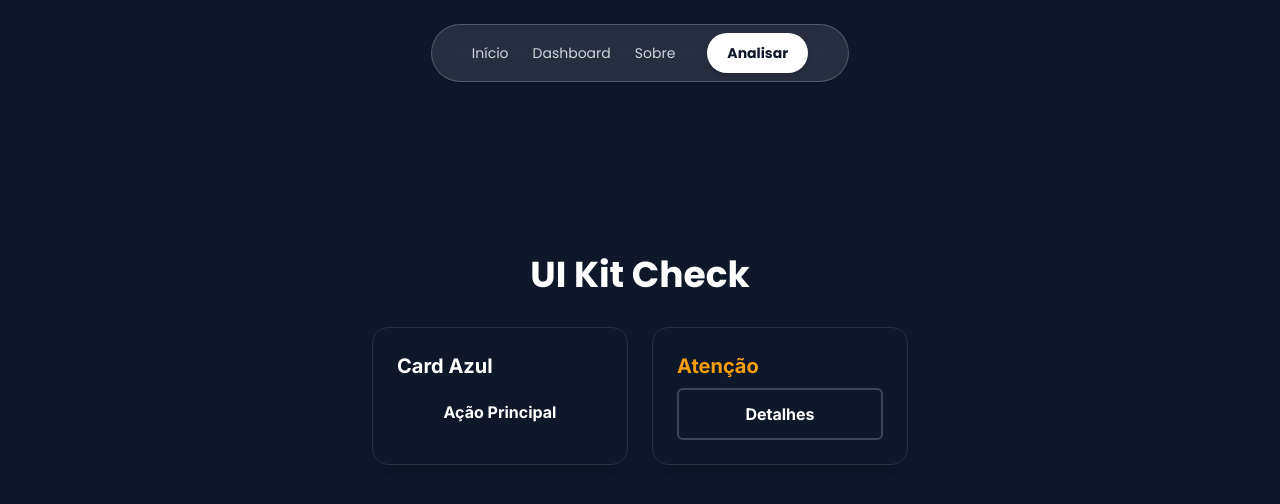
Repository: Hackaton-ONE/hackathon-Frontend
Page: /
These files come from the project's save history. The page is drawn as it stood at one moment and after the next save; the edit follows.
The browser window is 1280 px wide. The pictures show the whole page.
The project was rebuilt for these pictures with package versions that can differ from the ones it lists, and the page was loaded fresh each time. The framework's server and built-in components were replaced by stand-ins that run in the browser. Also part of the build but not shown: next.config.ts.

Above is the page before, as saved 2026-01-01 15:00:02.

### app/layout.tsx
import type { Metadata } from "next";
import { Inter, Poppins } from "next/font/google"; // 1. Importar Poppins
import "./globals.css";
import { Navbar } from "@/components/Navbar";

// 2. Configurar Inter
const inter = Inter({
  subsets: ["latin"],
  variable: "--font-inter",
});

// 3. Configurar Poppins (Pesos comuns: 400, 600, 700)
const poppins = Poppins({
  weight: ['400', '600', '700'],
  subsets: ["latin"],
  variable: "--font-poppins",
});

export const metadata: Metadata = {
  title: "MoodMatrix",
  description: "Análise de sentimentos com IA",
};

export default function RootLayout({
  children,
}: Readonly<{

  children: React.ReactNode;
}>) {
  return (
    <html lang="pt-br">
      {/* 4. Adicionar ambas as variáveis no body */}
      <body className={`${inter.variable} ${poppins.variable} bg-mood-dark text-white font-sans antialiased`}>
        <Navbar />
        {children}
      </body>
    </html>
  );
}

### app/page.tsx
import { Button } from "@/components/Button";
import { GlassCard } from "@/components/GlassCard";

export default function Home() {
  return (
    <main className="flex min-h-screen flex-col items-center justify-center p-10 gap-8 bg-mood-dark">

      <h1 className="text-4xl font-poppins font-bold text-white bg-clip-text bg-gradient-to-r from-blue-DEFAULT to-neon-green">
        UI Kit Check
      </h1>

      <div className="grid grid-cols-1 md:grid-cols-2 gap-6">
        {/* Teste Card Azul */}
        <GlassCard gradient="blue" className="p-6 w-64 border-blue-DEFAULT/30">
          <h2 className="text-xl font-bold mb-2">Card Azul</h2>
          <Button variant="primary" className="w-full">Ação Principal</Button>
        </GlassCard>

        {/* Teste Card Laranja (Aviso) */}
        <GlassCard gradient="orange" className="p-6 w-64 border-neon-orange/30">
          <h2 className="text-xl font-bold mb-2 text-neon-orange">Atenção</h2>
          <Button variant="outline" className="w-full">Detalhes</Button>
        </GlassCard>
      </div>

    </main>
  );
}

### app/globals.css
@tailwind base;
@tailwind components;
@tailwind utilities;

/* Define o fundo padrão do site inteiro e a cor do texto */
body {
  background-color: #0F172A; /* mood.dark */
  color: #ffffff;
  min-height: 100vh;
}

/* Utilitário para o efeito de Vidro (Glassmorphism) */
.glass {
  background: rgba(30, 41, 59, 0.4); /* mood.gray com transparência */
  backdrop-filter: blur(12px);
  -webkit-backdrop-filter: blur(12px);
  border: 1px solid rgba(255, 255, 255, 0.1);
}

### components/Navbar.tsx
"use client";

import Link from "next/link";
import { useState } from "react";
import { Menu, X } from "lucide-react";

// ✅ CORREÇÃO: O componente NavLink agora está FORA da Navbar
const NavLink = ({ href, children }: { href: string; children: React.ReactNode }) => (
  <Link
    href={href}
    className="relative group text-gray-300 hover:text-white transition-colors font-medium text-sm"
  >
    {children}
    {/* A linha azul mágica 👇 */}
    <span className="
      absolute -bottom-1 left-0
      w-0 h-[2px]
      bg-blue-DEFAULT
      transition-all duration-300 ease-out
      group-hover:w-full
    " />
  </Link>
);

export function Navbar() {
  const [isOpen, setIsOpen] = useState(false);

  return (
    <div className="fixed top-6 left-0 w-full flex justify-center z-50">

      {/* Container Principal (A Pílula) */}
      <nav className="
        relative
        flex items-center justify-between
        gap-8
        pl-10 pr-10 py-2
        rounded-full
        bg-white/10
        backdrop-blur-md
        border border-white/20
        shadow-lg shadow-black/10
      ">

        {/* === DESKTOP MENU (Escondido no Mobile) === */}
        <div className="hidden md:flex items-center gap-6 font-poppins">
          <NavLink href="/">Início</NavLink>
          <NavLink href="/dashboard">Dashboard</NavLink>
          <NavLink href="#sobre">Sobre</NavLink>
        </div>

        {/* === MOBILE TOGGLE (Escondido no Desktop) === */}
        <div className="md:hidden flex items-center pr-4">
          <button
            onClick={() => setIsOpen(!isOpen)}
            className="text-white hover:text-blue-light transition"
          >
            {isOpen ? <X size={24} /> : <Menu size={24} />}
          </button>
        </div>

        {/* === BOTÃO DE AÇÃO (Sempre visível) === */}
        <Link href="/analisar">
          <button className="
            bg-white text-mood-dark
            hover:bg-gray-200
            font-poppins font-bold text-sm
            px-5 py-2.5
            rounded-full
            transition-all duration-200
            shadow-md
          ">
            Analisar
          </button>
        </Link>
      </nav>

      {/* === MENU MOBILE DROPDOWN (Aparece embaixo da pílula) === */}
      {isOpen && (
        <div className="
          absolute top-20
          w-[90%] max-w-sm
          bg-mood-dark/95 backdrop-blur-xl
          border border-white/10
          rounded-2xl
          p-4
          flex flex-col gap-4
          shadow-2xl
          animate-in fade-in slide-in-from-top-5
        ">
          <Link href="/" onClick={() => setIsOpen(false)} className="text-gray-300 hover:text-white p-2 hover:bg-white/5 rounded-lg transition">Início</Link>
          <Link href="/dashboard" onClick={() => setIsOpen(false)} className="text-gray-300 hover:text-white p-2 hover:bg-white/5 rounded-lg transition">Dashboard</Link>
          <Link href="#sobre" onClick={() => setIsOpen(false)} className="text-gray-300 hover:text-white p-2 hover:bg-white/5 rounded-lg transition">Sobre</Link>
        </div>
      )}
    </div>
  );
}

### components/Button.tsx
import React from "react";

interface ButtonProps extends React.ButtonHTMLAttributes<HTMLButtonElement> {
  variant?: "primary" | "outline" | "ghost";
  children: React.ReactNode;
}

export function Button({ variant = "primary", className = "", children, ...props }: ButtonProps) {

  const baseStyles = "px-6 py-3 rounded-md font-bold transition-all duration-200 flex items-center justify-center gap-2 active:scale-[0.98]";

  const variants = {
    primary: "text-white active:translate-y-1",

    // Outline (Borda simples)
    outline: "bg-transparent border-2 border-white/20 text-white hover:bg-white/5 hover:border-white/40",

    // Ghost (Transparente)
    ghost:   "bg-transparent text-gray-400 hover:text-white hover:bg-white/5",
  };

  return (
    <button
      className={`${baseStyles} ${variants[variant]} ${className}`}
      {...props}
    >
      {children}
    </button>
  );
}

### components/GlassCard.tsx
import React from "react";

interface GlassCardProps {
  children: React.ReactNode;
  className?: string;
  gradient?: "blue" | "green" | "red" | "orange" | "none";
}

export function GlassCard({ children, className = "", gradient = "none" }: GlassCardProps) {

  const gradientBg = {
    none: "bg-white/5", // Base neutra mais sutil
    blue: "bg-card-blue",
    green: "bg-card-green",
    red: "bg-card-red",
    orange: "bg-card-orange",
  };

  return (
    <div className={`relative overflow-hidden rounded-2xl border border-white/10 shadow-xl ${className}`}>
      {/* CAMADA DO VIDRO (Fundo + Blur)
        Fica posicionada absolutamente atrás do conteúdo.
      */}
      <div
        className={`
          absolute inset-0
          backdrop-blur-xl
          ${gradientBg[gradient]}
          -z-10 /* Garante que fique atrás do conteúdo */
        `}
        aria-hidden="true"
      />

      {/* CONTEÚDO (Texto, Botões)
        Fica na frente, sem nenhum blur aplicado diretamente nele.
      */}
      <div className="relative z-10 h-full">
        {children}
      </div>
    </div>
  );
}

### tailwind.config.ts
/** @type {import('tailwindcss').Config} */
const config = {
  // Configuração de onde o Tailwind procura as classes
  content: [
    "./app/**/*.{js,ts,jsx,tsx,mdx}",
    "./pages/**/*.{js,ts,jsx,tsx,mdx}",
    "./components/**/*.{js,ts,jsx,tsx,mdx}",
    "./src/app/**/*.{js,ts,jsx,tsx,mdx}",
    "./src/pages/**/*.{js,ts,jsx,tsx,mdx}",
    "./src/components/**/*.{js,ts,jsx,tsx,mdx}",
  ],
  theme: {
    extend: {
      colors: {
        white: "#FFFFFF",
        mood: {
          dark: "#0F172A", // Fundo Azul Escuro
          nav: "#FFFFFF",  // Base para Navbar
        },
        blue: {
          light: "#60A5FA",   // Azul Claro
          default: "#2563EB", // Azul Padrão
          dark: "#1E3A8A",    // Azul Escuro
        },
        neon: {
          green: "#10B981",
          red: "#B91C1C",
          orange: "#F59E0B",
        },
      },
      fontFamily: {
        sans: ['var(--font-inter)', 'sans-serif'],
        poppins: ['var(--font-poppins)', 'sans-serif'],
      },
      backgroundImage: {
        // Gradientes de Seta e Barra de Progresso
        'gradient-pos': 'linear-gradient(to right, #2563EB, #10B981)',
        'gradient-neg': 'linear-gradient(to right, #B91C1C, #F59E0B)',

        // Gradientes Sutis para os Cards (Glassmorphism)
        'card-blue': 'linear-gradient(180deg, rgba(255, 255, 255, 0) 0%, rgba(96, 165, 250, 0.05) 100%)',
        'card-green': 'linear-gradient(180deg, rgba(255, 255, 255, 0) 0%, rgba(16, 185, 129, 0.05) 100%)',
        'card-red': 'linear-gradient(180deg, rgba(255, 255, 255, 0) 0%, rgba(185, 28, 28, 0.05) 100%)',
        'card-orange': 'linear-gradient(180deg, rgba(255, 255, 255, 0) 0%, rgba(245, 158, 11, 0.05) 100%)', // NOVO
      }
    },
  },
  plugins: [],
};

export default config;

After the next save:
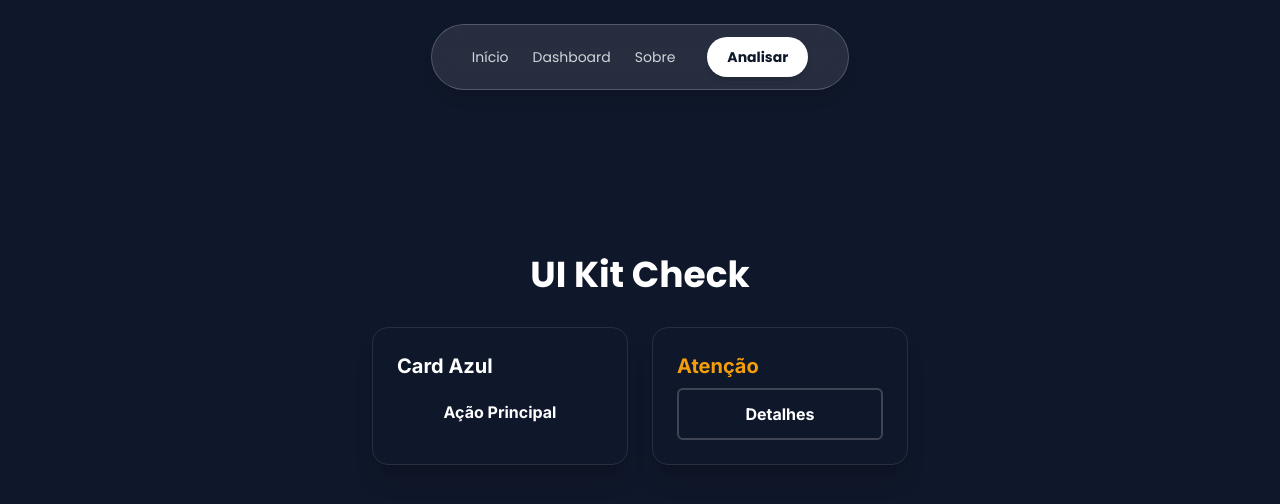
Saved 16 s later.
--- a/components/Navbar.tsx
+++ b/components/Navbar.tsx
@@ -33,7 +33,7 @@ export function Navbar() {
         relative
         flex items-center justify-between
         gap-8
-        pl-10 pr-10 py-2
+        pl-10 pr-10 py-3
         rounded-full
         bg-white/10
         backdrop-blur-md
